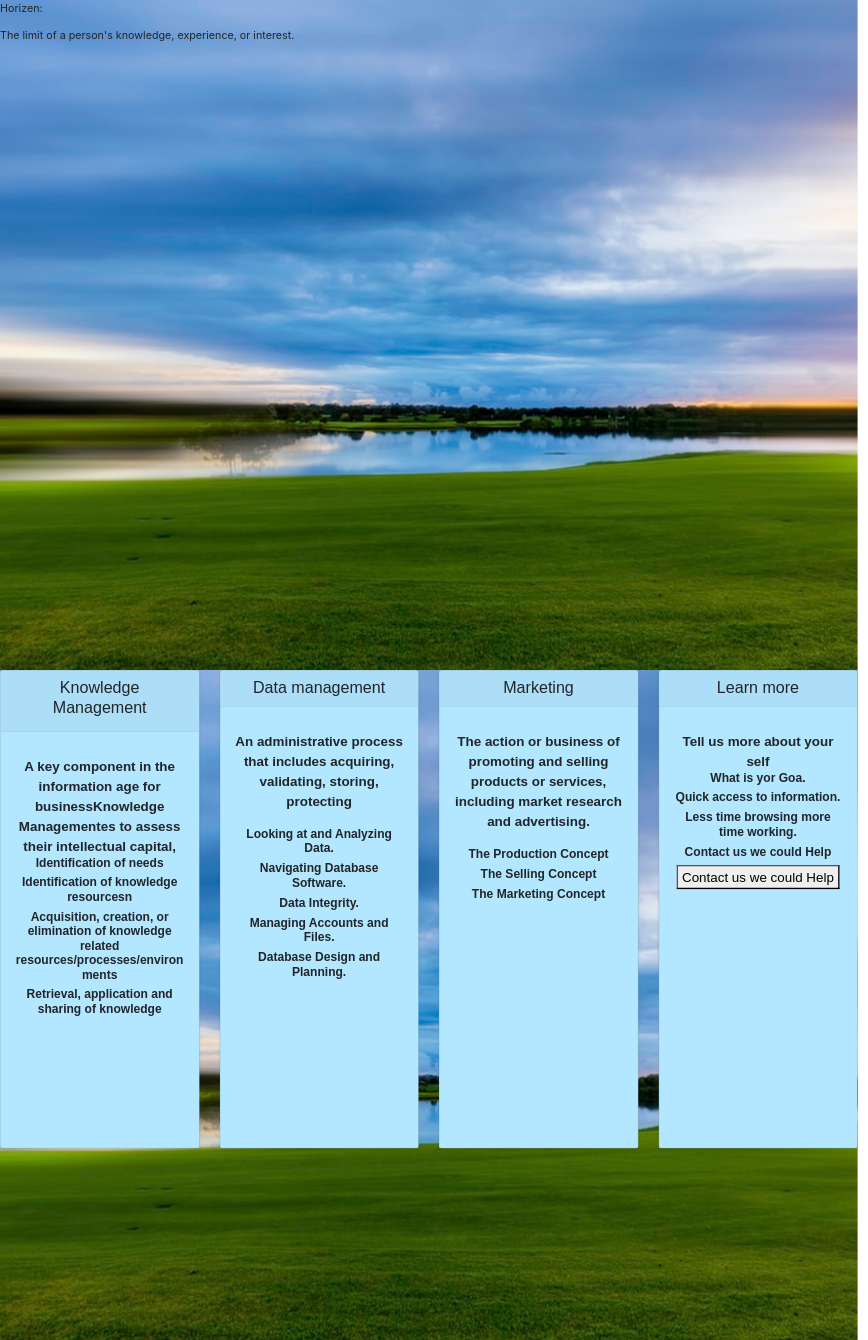
Repository: Code-Institute-Submissions/vahega-my-first-project
Page: index.html
The author's editor kept a record of every edit. The page is drawn from the files as they stood at one moment, then again after the next edit.
The browser window is 1280 px wide. The page is 1295 px wide, so the pictures cover 1295 px, including what lies to the right of the window. The pictures show the whole page, at 67% of full size.
Pictures or frames that could not be fetched are drawn as grey boxes. Backgrounds fixed to the window are drawn as part of the page. Some web fonts or font styles are not loaded; a fallback is used. Some web libraries are served in a nearby version.

Above is the page before.
Not found: assets/images/ho2.jpg

### index.html
<!DOCTYPE html>
<!doctype html>
<html lang="en">
  <head>
    <meta charset="utf-8">
    <meta name="viewport" content="width=device-width, initial-scale=1, shrink-to-fit=no">
     <link rel="stylesheet" href="https://stackpath.bootstrapcdn.com/bootstrap/4.3.1/css/bootstrap.min.css" integrity="sha384-ggOyR0iXCbMQv3Xipma34MD+dH/1fQ784/j6cY/iJTQUOhcWr7x9JvoRxT2MZw1T" crossorigin="anonymous">
     <script src="https://code.jquery.com/jquery-3.3.1.slim.min.js" integrity="sha384-q8i/X+965DzO0rT7abK41JStQIAqVgRVzpbzo5smXKp4YfRvH+8abtTE1Pi6jizo" crossorigin="anonymous"></script>
     <script src="https://cdnjs.cloudflare.com/ajax/libs/popper.js/1.14.7/umd/popper.min.js" integrity="sha384-UO2eT0CpHqdSJQ6hJty5KVphtPhzWj9WO1clHTMGa3JDZwrnQq4sF86dIHNDz0W1" crossorigin="anonymous"></script>
     <script src="https://stackpath.bootstrapcdn.com/bootstrap/4.3.1/js/bootstrap.min.js" integrity="sha384-JjSmVgyd0p3pXB1rRibZUAYoIIy6OrQ6VrjIEaFf/nJGzIxFDsf4x0xIM+B07jRM" crossorigin="anonymous"></script>
     <link rel="stylesheet" href="https://stackpath.bootstrapcdn.com/bootstrap/4.3.1/css/bootstrap.min.css" integrity="sha384-ggOyR0iXCbMQv3Xipma34MD+dH/1fQ784/j6cY/iJTQUOhcWr7x9JvoRxT2MZw1T" crossorigin="anonymous"><script src="https://stackpath.bootstrapcdn.com/bootstrap/4.3.1/js/bootstrap.min.js" integrity="sha384-JjSmVgyd0p3pXB1rRibZUAYoIIy6OrQ6VrjIEaFf/nJGzIxFDsf4x0xIM+B07jRM" crossorigin="anonymous"></script>
     <link rel="stylesheet" href="assets/css/style.css" type="text/css" />
     <link rel="stylesheet" href="https://use.fontawesome.com/0cb8d65443.js" type="text/css" />
<style>
.parallax {
  background-image:url("assets/images/hol.jpg"),url("assets/images/ho2.jpg");
height: 1000px;
background-attachment:fixed;
background-position:center;
background-size: cover;

}

</style>
</head>
<body>
 <header>
   <div class="parallax">
<div class="bg-text" >
  <p>Horizen:</p>
   <p>The limit of a person's knowledge, experience, or interest.</p>
</header>
<body>
    <div class="parallax">
     <div class="card-deck mb-3 text-center">

    <div class="card mb-4 shadow-sm">

          <div class="card-header">
        <h4>Knowledge Management</h4>

      </div>
      <div class="card-body">
        <ul class="list-unstyled mt-3 mb-4">
          <li> A key component in the information age for businessKnowledge Managementes to assess their intellectual capital,
</li>
                 <h6>Identification of needs</h6>
                 <h6>  Identification of knowledge resourcesn</a>
                 <h6>Acquisition, creation, or elimination of knowledge related resources/processes/environments
</h6>
                 <h6>Retrieval, application and sharing of knowledge
</h6>
   <div class="embed-responsive embed-responsive-16by9">
  <iframe class="embed-responsive-item" src="https://www.youtube.com/embed/k3jo7oWzUUc" allowfullscreen></iframe>
</div>

 </div>
 </div>

    <div class="card mb-4 shadow-sm">
      <div class="card-header">
        <h4 class="my-0 font-weight-normal">Data management</h4>
      </div>
      <div class="card-body">

        <ul class="list-unstyled mt-3 mb-4">
          <li>An administrative process that includes acquiring, validating, storing, protecting</li>

        </ul>


    <h6>Looking at and Analyzing Data. </h6>
  <h6> Navigating Database Software.</h6>
<h6>Data Integrity.</h6>
  <h6> Managing Accounts and Files.</h6>
   <h6> Database Design and Planning.</h6>
    <div class="embed-responsive embed-responsive-16by9">
  <iframe class="embed-responsive-item" src="https://www.youtube.com/embed/F4mUqyoRFg?t=8" allowfullscreen></iframe>
</div></iframe>



      </div>
    </div>
    <div class="card mb-4 shadow-sm">
      <div class="card-header">
        <h4 class="my-0 font-weight-normal">Marketing</h4>
      </div>
      <div class="card-body">

        <ul class="list-unstyled mt-3 mb-4">
          <li>The action or business of promoting and selling products or services, including market research and advertising.</li>

        </ul>

    <h6>The Production Concept</h6>
    <h6>The Selling Concept</h6>
    <h6>The Marketing Concept</h6>

 <div class="embed-responsive embed-responsive-16by9">
  <iframe class="embed-responsive-item" src="https://www.youtube.com/embed/i1xz5Kv-7VY?t=5" allowfullscreen></iframe>
</div>

    </div>
    </div>
     <div class="card mb-4 shadow-sm">
      <div class="card-header">
        <h4 class="my-0 font-weight-normal">Learn more</h4>
      </div>
      <div class="card-body">

        <ul class="list-unstyled mt-3 mb-4">

          <li>Tell us more about your self</li>
          <h6>What is yor Goa.</h6>
          <h6>Quick access to information.</h6>
          <h6>Less time browsing more time working.</h6>
          <h6>Contact us we could Help</h6>
          <div class="dropdown">
              <button onclick="window.location.href='assets/contact/con';">Contact us we could Help</button>
          </div>
        </ul>

      </div>
    </div>
  </div>
 </div>

 </body>



</html>

### assets/css/style.css
@import url('https://fonts.googleapis.com/css?family=Bilbo+Swash+Caps&display=swap');
@import url('https://fonts.googleapis.com/css?family=Gayathri&display=swap');
.parallax {
  background-image:url("assets/images/hol.jpg") ;
background-attachment:fixed;
background-position:center;
background-size: cover;
 }
 .row{
     margin-left: 0px;
     margin-right: 0px;
 }

.card{ font-family: 'Gayathri', sans-serif;
 background-color: #b3e6ff;
 margin-bottom:0px;
 font-weight: bold;
  font-size: 20px;
  }
h6{font-size: 18px;
    font-weight:bold;
}
.collapse{font-size: 22px;}
.container{
padding: 0px;
 font-family: 'Gayathri', sans-serif;
 color:white;
 margin-bottom: 200px;
}
.container-fluid{margin-top:200px;
}
.text {
 font-family: 'Bilbo Swash Caps', cursive;
 text-shadow: 3px 3px rgb(180, 180, 180);
 color: black;
 position: relative;
  font-weight: bold;
  font-size: 40px;
margin-top: 10%;
 text-align: center;

}
.hubtext{
text-shadow: 2px 2px rgb(0,0, 0);
color:wheat;
font-weight: bold;
font-size: 20px;
}
#map{
    padding: 0px;
     border-style: solid;
     border-width: 5px;
      border-color: white;
   height: 400px;
        width: 350px;
        background-attachment:fixed;
background-position:center;
background-size: cover;

}
* {box-sizing: border-box}

img {vertical-align: middle;}
.slideshow-container {
  background-size: cover;
  max-width: 800px;
  position: relative;
  margin-left:10px;
  margin-right: 10px;
}
.prev, .next {
  cursor: pointer;
  position: absolute;
  top: 50%;
  width: auto;
  padding: 16px;
  margin-top: -22px;
  color: white;
  font-weight: bold;
  font-size: 18px;
  transition: 0.6s ease;
  border-radius: 0 3px 3px 0;
  user-select: none;
}
.next {
  right: 0;
  border-radius: 3px 0 0 3px;
}
.prev:hover, .next:hover {
  background-color: rgba(0,0,0,0.8);
}

.numbertext {
  color: #f2f2f2;
  font-size: 12px;
  padding: 8px 12px;
  position: absolute;
  top: 0;
}
.dot {
  cursor: pointer;
  height: 15px;
  width: 15px;
  margin: 0 2px;
  background-color: #bbb;
  border-radius: 50%;
  display: inline-block;
  transition: background-color 2s ease;
}
.active, .dot:hover {
  background-color: #717171;
}

@media only screen and (max-width: 300px) {
  .prev, .next,.text {font-size: 11px}
}

After the next edit:
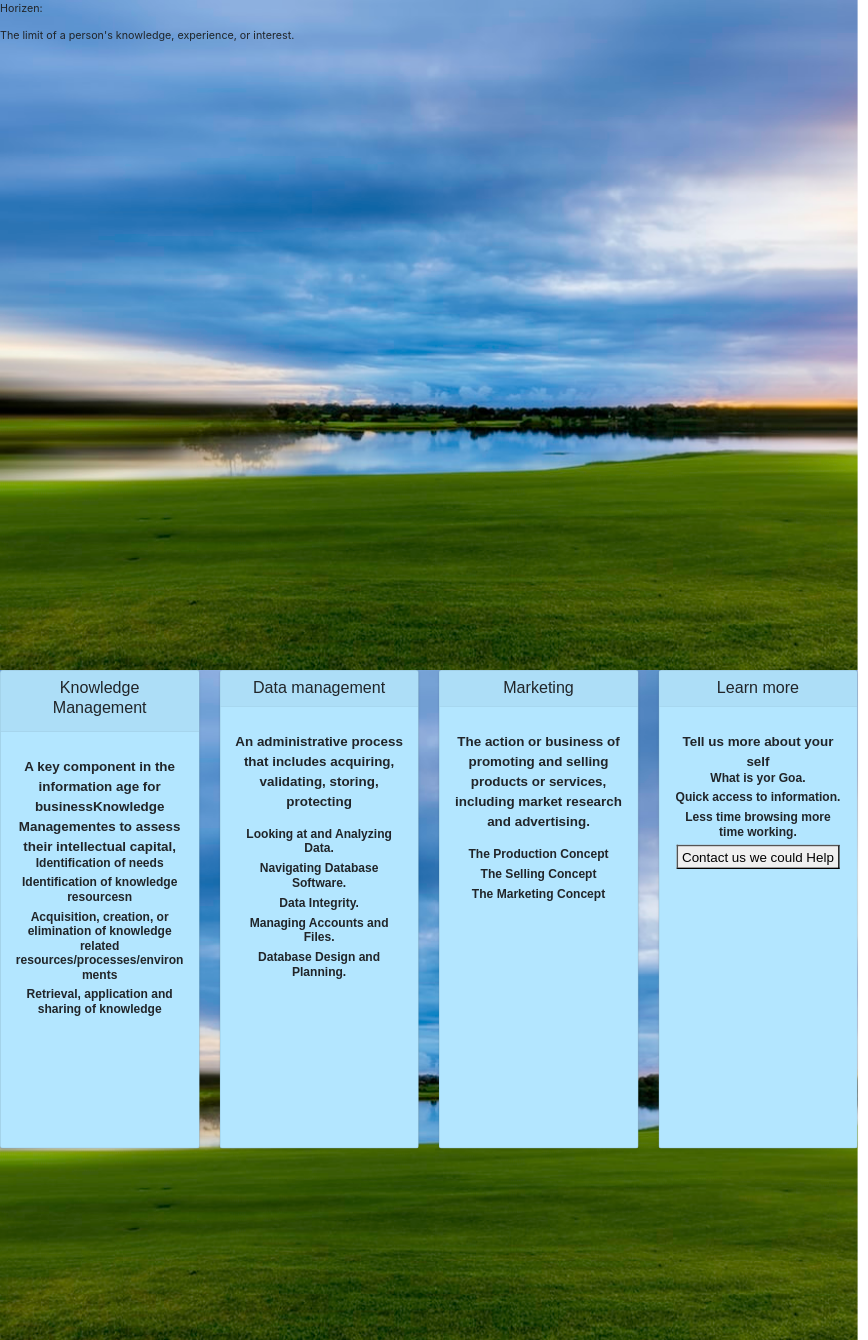
The edit:
--- a/index.html
+++ b/index.html
@@ -115,7 +115,7 @@
           <h6>What is yor Goa.</h6>
           <h6>Quick access to information.</h6>
           <h6>Less time browsing more time working.</h6>
-          <h6>Contact us we could Help</h6>
+
           <div class="dropdown">
               <button onclick="window.location.href='assets/contact/con';">Contact us we could Help</button>
           </div>
